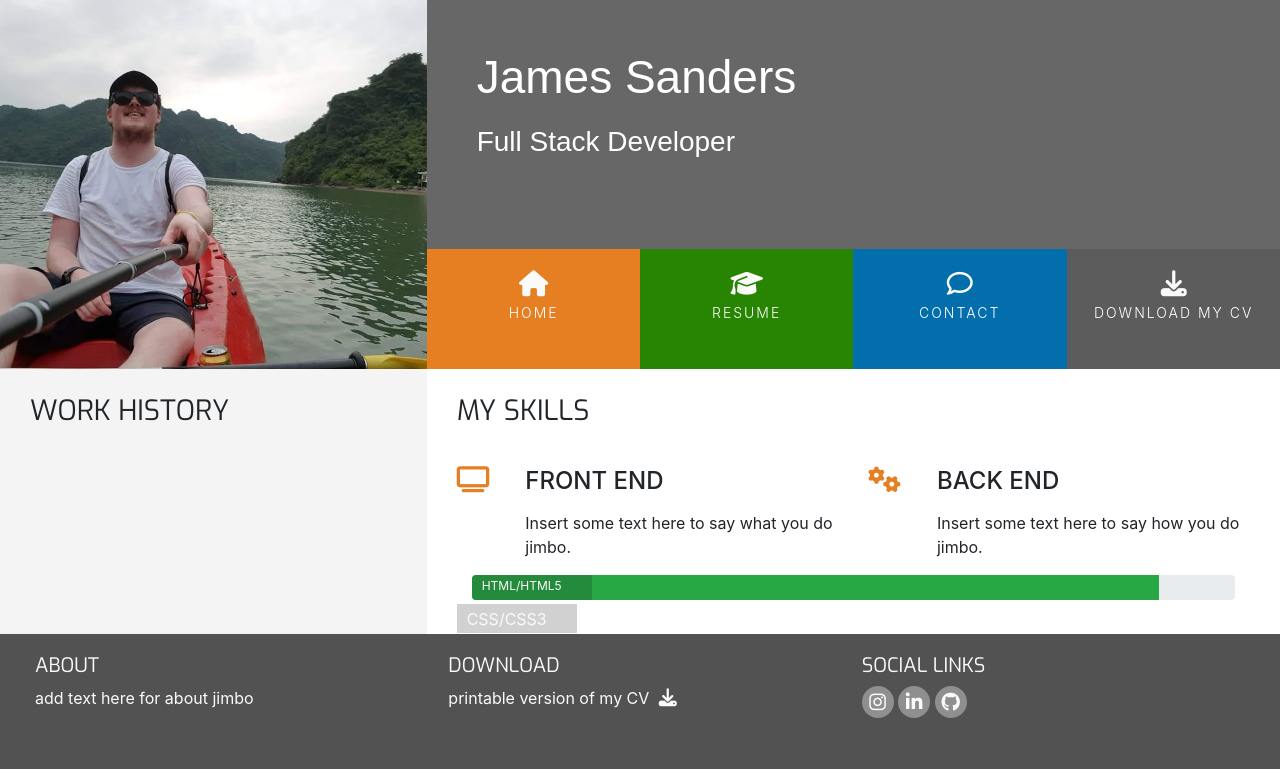
Repository: JaySanders95/my-online-resume
Page: resume.html
These files come from the project's save history. The page is drawn as it stood at one moment and after the next save; the edit follows.
The browser window is 1280 px wide. The pictures show the whole page.
Some web fonts or font styles are not loaded; a fallback is used. Some web libraries are served in a nearby version.

Above is the page before, as saved 2023-04-19 21:58:01.

### resume.html
<!DOCTYPE html>
<html lang="en">
<head>
    <meta charset="UTF-8">
    <meta http-equiv="X-UA-Compatible" content="IE=edge">
    <meta name="viewport" content="width=device-width, initial-scale=1.0">
    <link rel="stylesheet" href="https://cdn.jsdelivr.net/npm/@fortawesome/fontawesome-free@6.2.1/css/fontawesome.min.css" integrity="sha384-QYIZto+st3yW+o8+5OHfT6S482Zsvz2WfOzpFSXMF9zqeLcFV0/wlZpMtyFcZALm" crossorigin="anonymous">
    <link rel="stylesheet" href="https://cdn.jsdelivr.net/npm/bootstrap@4.6.2/dist/css/bootstrap.min.css" integrity="sha384-xOolHFLEh07PJGoPkLv1IbcEPTNtaed2xpHsD9ESMhqIYd0nLMwNLD69Npy4HI+N" crossorigin="anonymous">
    <link rel="stylesheet" href="assets/css/style.css">
    <link rel="stylesheet" href="https://cdnjs.cloudflare.com/ajax/libs/hover.css/2.3.1/css/hover-min.css" integrity="sha512-csw0Ma4oXCAgd/d4nTcpoEoz4nYvvnk21a8VA2h2dzhPAvjbUIK6V3si7/g/HehwdunqqW18RwCJKpD7rL67Xg==" crossorigin="anonymous" referrerpolicy="no-referrer" />
    <title>James Sanders' Resume</title>
</head>
<body>
    <header>
        <div class="row no-gutters">
            <a href="index.html" class="col-md-4 logo">

            </a>
            <div class="col-md-8">
                <div class="row bg-color-name-title no-gutters">
                    <div class="col heading">
                        <h1 class="name">James Sanders</h1>
                        <h2 class="title">Full Stack Developer</h2>

                    </div>
                </div>
                <div class="row no-gutters">
                    <div class="col">
                        <ul id="nav" class="list-inline menucontainer">
                            <li class="col-6 col-sm-3 ui-menu-color-home list-inline-item menuitem">
                                <a href="#" class="hvr-bounce-to-bottom"><i class="fa fa-home" aria-hidden="true"></i><span>Home</span></a>
                            </li>
                            <li class="col-6 col-sm-3 ui-menu-color-resume list-inline-item menuitem">
                                <a href="#" class="hvr-bounce-to-bottom"><i class="fa fa-graduation-cap" aria-hidden="true"></i><span>Resume</span></a>
                            </li>
                            <li class="col-6 col-sm-3 ui-menu-color-contact list-inline-item menuitem">
                                <a href="#" class="hvr-bounce-to-bottom"><i class="fa fa-comment-o" aria-hidden="true"></i><span>Contact</span></a>
                            </li>
                            <li class="col-6 col-sm-3 ui-menu-color-download list-inline-item menuitem">
                                <a href="#" class="hvr-bounce-to-bottom"><i class="fa fa-download" aria-hidden="true"></i><span>Download my CV</span></a>
                            </li>
                        </ul>
                    </div>
                </div>
            </div>
        </div>
    </header>
    <section class="container-fluid">
        <div class="row">
            <div class="col-md-4 bg-color-personal-info section-column">
                <div class="row">
                    <div class="col-12">
                        <h3 class="section-heading uppercase">
                            Work History
                        </h3>
                    </div>
                </div>

            </div>
            <div class="col-md-8 bg-color-three-reasons section-column">
                <div class="row">
                    <div class="col">
                        <h3 class="section-heading uppercase">My Skills</h3>
                    </div>
                </div>
                <div class="row">
                    <div class="col-10 offset-1 offset-sm-0 col-sm-4 col-md-6">
                        <div class="row">
                            <div class="col-2">
                                <i class="three-reasons-icon fa fa-tv" aria-hidden="true"></i>
                            </div>
                            <div class="col-10">
                                <h4 class="three-reasons-heading uppercase">Front End</h4>
                                <p>
                                    Insert some text here to say what you do jimbo.
                                </p>
                            </div>
                        </div>
                    </div>
                    <div class="col-10 offset-1 offset-sm-0 col-sm-4 col-md-6">
                        <div class="row">
                            <div class="col-2">
                                <i class="three-reasons-icon fa fa-gears" aria-hidden="true"></i>
                            </div>
                            <div class="col-10">
                                <h4 class="three-reasons-heading uppercase">Back end</h4>
                                <p>
                                    Insert some text here to say how you do jimbo.
                                </p>
                            </div>
                        </div>
                    </div>

                </div>
                <div class="col">
                    <div class="progress">
                        <div class="progress-bar bg-success" role="progressbar" #
                        aria-valuenow="70" aria-valuemin="0" aria-valuemax="100" style="width:90%">
                        <span class="sr-only"> 70% complete</span>
                        </div>
                        <span class="progress-type">HTML/HTML5</span>
                    </div>
                    <div class="progress-bar" role="progressbar"
                    aria-valuenow="70" aria-valuemin="0" aria-valuemax="100" style="width:80%">
                    <span class="sr-only"> 70% complete</span>
                    </div>
                    <span class="progress-type">CSS/CSS3</span>
                </div>
            </div>
        </div>

    </section>
    <footer class="container-fluid">
        <div id="footer-details" class="row">
            <div class="col-sm-4">
                <h5 class="uppercase general-sub">About</h5>
                <p class="inline-block"> add text here for about jimbo</p>
            </div>
            <div class="col-sm-4">
                <h5 class="uppercase general-sub">Download</h5>
                <p class="inline-block"> printable version of my CV</p>
                <a href="#" target="_blank" class="cv-pdf">
                    <i class="fa fa-download" aria-hidden="true"></i>
                    <span class="sr-only">Download link.</span>
                </a>
            </div>
            <div class="col-sm-4">
                <h5 class="uppercase general-sub">Social links</h5>
                <ul class="list-inline social-links">
                    <li class="list-inline-item">
                        <a target="_blank" href="#">
                            <i class="fa fa-instagram"></i>
                            <span class="sr-only">Instagram</span>
                        </a>
                    </li>
                    <li class="list-inline-item">
                        <a target="_blank" href="#">
                            <i class="fa fa-linkedin"></i>
                            <span class="sr-only">LinkedIn</span>
                        </a>
                    </li>
                    <li class="list-inline-item">
                        <a target="_blank" href="#">
                            <i class="fa-brands fa-github"></i>
                            <span class="sr-only">GitHub</span>

                        </a>
                    </li>
                </ul>
            </div>
        </div>

    </footer>
    <script src="https://kit.fontawesome.com/c80cd6a143.js" crossorigin="anonymous"></script>
</body>
</html>

### assets/css/style.css
@import url('https://fonts.googleapis.com/css2?family=Anuphan:100,200,300,400,500,600,700wght@300&family=Exo:100,200,300,400,500,600,700ital,wght@1,300&display=swap');


/* ------- Colours ---------*/

.bg-color-name-title {
    background-color:#676767;
}

.bg-color-three-reasons {
    background-color: #fff;
}

.bg-color-personal-info {
    background-color:#f4f4f4;
}

.ui-menu-color-home {
    background-color: #e67e22;
}

.ui-menu-color-resume {
    background-color: #278502;
}

.ui-menu-color-contact {
    background-color: #036eac;
}

.ui-menu-color-download {
    background-color: #5c5c5c;
}

/* ------- Special paddings/margins/text ---------*/

h1,h2,h3,h4 {
    margin: 0;
}

.uppercase {
    text-transform: uppercase;
}

.general-sub {
    font-family: 'Exo', sans-serif;
    font-weight: 300;
    color: #fafafa;
}

.inline-block {
    display: inline-block;
}

.row-table {
    display: table;

}
.section-column {
    display: table-cell;
    padding: 0 30px 30px;
    float: none;
}

.section-heading {
    font-family: 'Exo', sans-serif;
    font-weight: 300;
    margin-top: 25px;
    margin-bottom: 40px;
}

/* ------- Headers ---------*/
header {
    margin: 0;
}

.heading {
    margin-left: 50px;
}

.logo {
    background: url(../images/me.png);
    background-position: center;
    background-repeat: no-repeat;
    background-size: cover;
    min-height: 360px;
    transition: all .5s ease-in-out;
    -moz-transition: all .5s ease-in-out;
    -webkit-transition: all .5s ease-in-out;
}

.name {
    font-family: 'Anuphan', sans-serif;
    font-weight: 100;
    font-size: 46px;
    margin-top: 50px;
    color: #fff;
}

.title {
    font-family: 'Anuphan', sans-serif;
    font-weight: 200;
    font-size: 28px;
    margin-top: 20px;
    margin-bottom: 90px;
    color: #fff;
}

.list-inline-item:not(:last-child) {
    margin: 0;
}

.menucontainer {
    font-size: 0;
}

#nav li {
    font-size: 14px;
    padding: 0;
}

#nav {
    margin: 0;
}

.menuitem {
    height: 120px;
    text-align: center;
    padding: 0;

}

.menuitem a {
    width: 100%;
    text-decoration: none;
    color: #fff;
    height: 120px;
}

.menuitem a i {
    display: block;
    padding-top: 22px;
    color: #fafafa;
    font-size: 26px;
}

.menuitem span {
    display: block;
    width: 100%;
    padding-top: 5px;
    text-align: center;
    text-transform: uppercase;
    font-size: 14px;
    font-weight: 300;
    letter-spacing: 2px;
}

/* ------- Hover.css ---------*/

.hvr-bounce-to-bottom:before {
    background: rgba(0, 0, 0, 0.3) !important;
    height: 120px;

}

/* ------- Footer ---------*/

footer {
    background-color: #525252;
    color: #fafafa;
    min-height: 120px;
}

.cv-pdf i {
    font-size: 18px;
    color: #fafafa;
    text-align: center;
    padding-left: 5px;
    transition: all 0.35s ease-in-out;
    -moz-transition: all 0.35s ease-in-out;
    -webkit-transition: all 0.35s ease-in-out;
    -o-transition: all 0.35s ease-in-out;
}

.cv-pdf i:hover {
    color: #e84610;
}

.social-links {
    padding-bottom: 15px;
}

.social-links li a i {
    width: 32px;
    height: 32px;
    padding: 7px 0;
    border-radius: 50%;
    font-size: 19px;
    text-align: center;
    color: #fafafa;
    background: #8f8f8f;
    transition: all 0.35s ease-in-out;
    -moz-transition: all 0.35s ease-in-out;
    -webkit-transition: all 0.35s ease-in-out;
    -o-transition: all 0.35s ease-in-out;
}

.social-links li a i:hover {
    background-color: #e84610;
}

#footer-details {
    padding: 20px;
}

/* ------- 3 Reasons ---------*/

.three-reasons-icon {
    font-size: 26px;
    color: #e67e22;
}

.three-reasons-heading {
    margin-bottom: 15px;
}

/* ------- Personal Info ---------*/

.personal-info-item {
    margin-bottom: 20px;
    display: block;
    clear: both;
}

.personal-info-item .key,
.personal-info-item .value {
    padding: 8px;
    display: inline-block;

}

.personal-info-item .key p,
.personal-info-item .value p {
    margin: 0;
}

.personal-info-item .key {
    width: 30%;
    margin-right: 21px;
    padding-top: 2px;
    vertical-align: top;
}

.personal-info-item .key p {
    font-weight: 700;


}

.personal-info-item .value {
    position: relative;
    width: 60%;

}

/* ------- Skills ---------*/

.progress {
    line-height: normal;
    position: relative;
    height: 25px;
    margin-bottom: 4px;
}

.progress-type {
    position: absolute;
    left: 0px;
    font-weight: 400;
    padding: 3px 30px 2px 10px;
    color: #fafafa;
    background-color: rgba(25, 25, 25, 0.2);
    height: inherit;
}

After the next save:
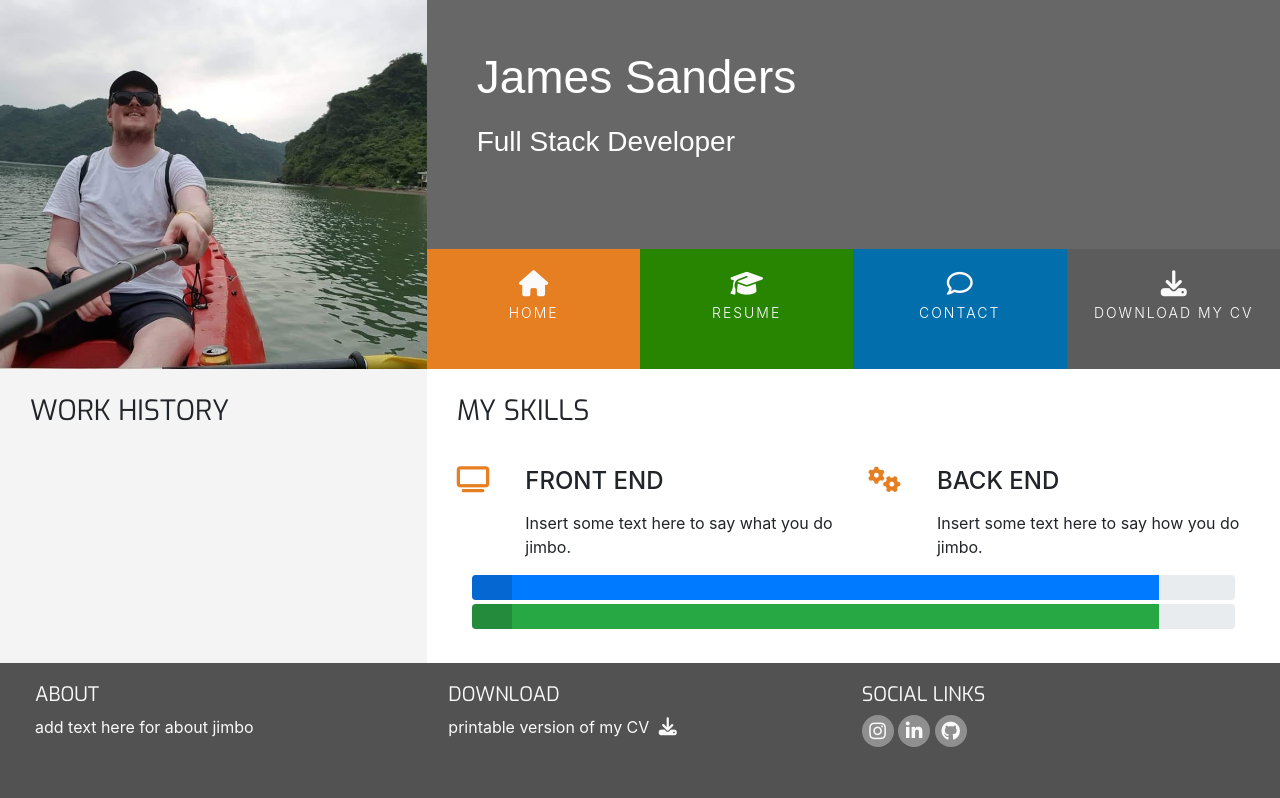
Saved 63 s later.
--- a/resume.html
+++ b/resume.html
@@ -94,17 +94,19 @@
                 </div>
                 <div class="col">
                     <div class="progress">
+                        <div class="progress-bar" role="progressbar" #
+                        aria-valuenow="90" aria-valuemin="0" aria-valuemax="100" style="width:90%">
+                        <span class="sr-only"> 90% complete</span>
+                        </div>
+                        <span class="progress-type"></span>
+                    </div>
+                    <div class="progress">
                         <div class="progress-bar bg-success" role="progressbar" #
-                        aria-valuenow="70" aria-valuemin="0" aria-valuemax="100" style="width:90%">
+                        aria-valuenow="90" aria-valuemin="0" aria-valuemax="100" style="width:90%">
                         <span class="sr-only"> 70% complete</span>
                         </div>
-                        <span class="progress-type">HTML/HTML5</span>
+                        <span class="progress-type"></span>
                     </div>
-                    <div class="progress-bar" role="progressbar"
-                    aria-valuenow="70" aria-valuemin="0" aria-valuemax="100" style="width:80%">
-                    <span class="sr-only"> 70% complete</span>
-                    </div>
-                    <span class="progress-type">CSS/CSS3</span>
                 </div>
             </div>
         </div>
